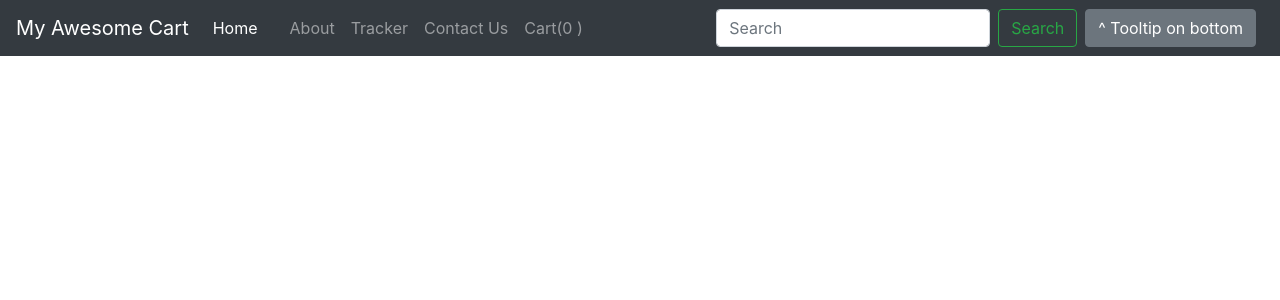
Repository: MayankDubey007/E-commerce-Web
Page: shop/templates/shop/base.html
These files come from the project's save history. The page is drawn as it stood at one moment and after the next save; the edit follows.
The browser window is 1280 px wide. The pictures show the whole page.
Some web libraries are served in a nearby version. The page is served by the project's application, run on Django 3.2 (manage.py). The template is opened directly, without the code that normally fills it, so the values that code supplies are empty.

Above is the page before, as saved 2021-06-30 20:36:26.

After the next save:
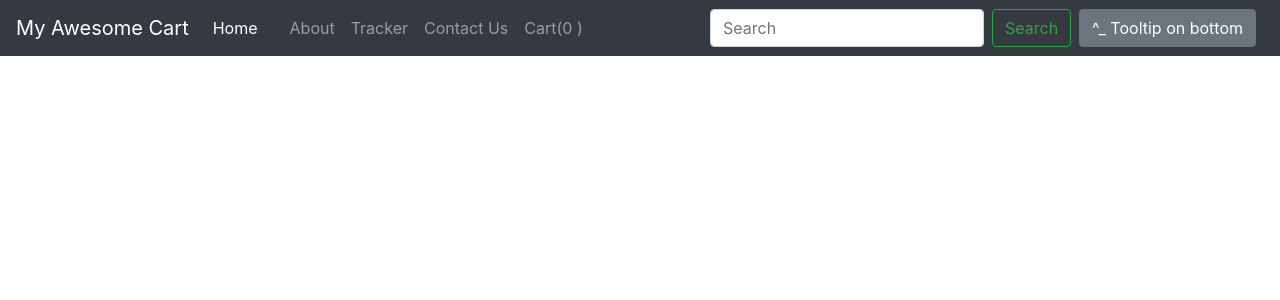
Saved 7 s later.
--- a/shop/templates/shop/base.html
+++ b/shop/templates/shop/base.html
@@ -48,7 +48,7 @@
       <button class="btn btn-outline-success my-2 my-sm-0" type="submit">Search</button>
     </form>
     <button type="button" class="btn btn-secondary mx-2" data-bs-toggle="tooltip" data-bs-placement="bottom" title="Tooltip on bottom">
-                                                    ^
+                                                    ^_
       Tooltip on bottom
     </button>
   </div>
